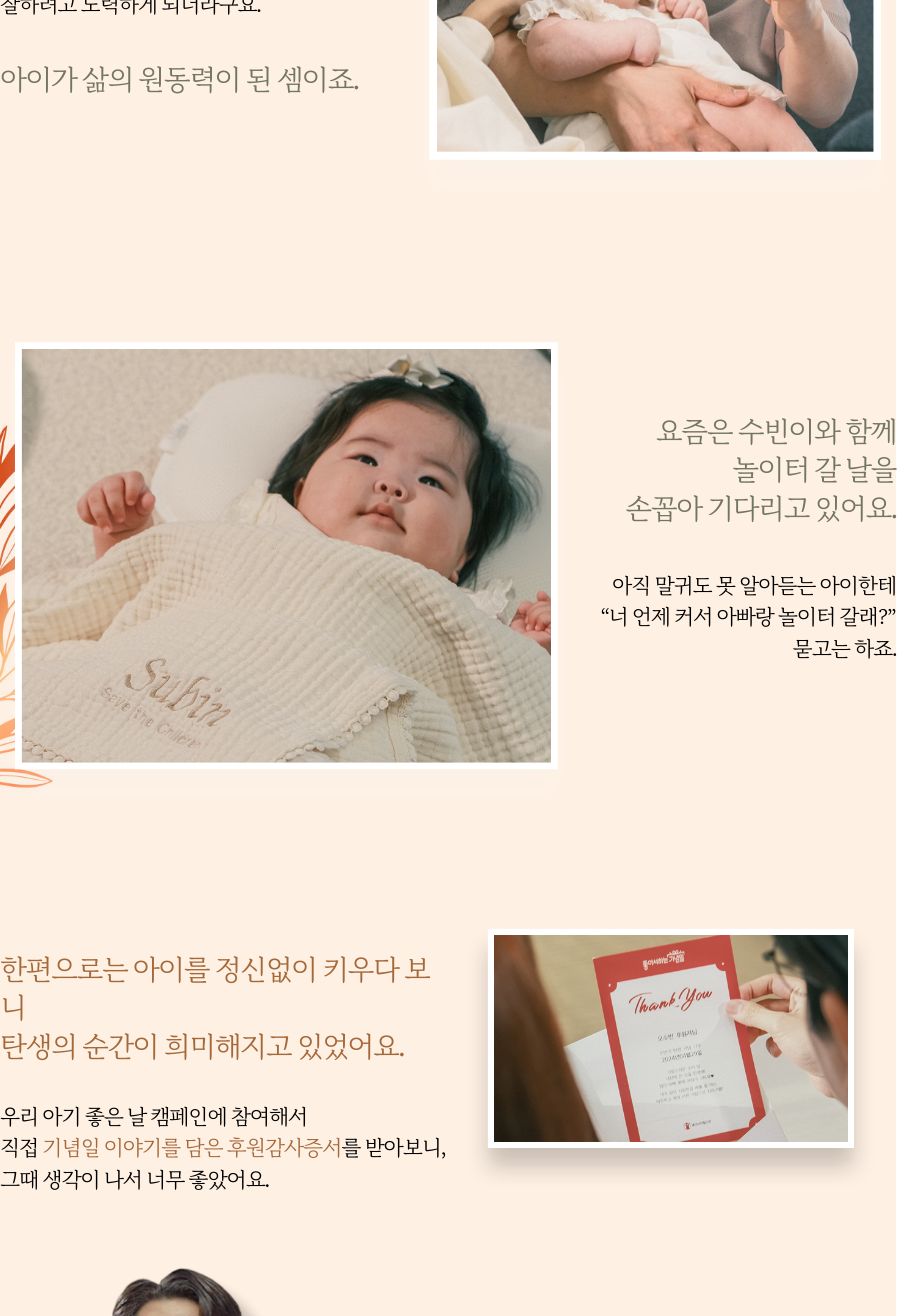
Repository: dlgywls1130/saveTheChildren
Page: index.html
These files come from the project's save history. The page is drawn as it stood at one moment and after the next save; the edit follows.
The browser window is 1280 px wide. The page is 1293 px wide, so the pictures cover 1293 px, including what lies to the right of the window. The pictures show the part of the page from y = 4620 to 6500 px (the page is 10774 px tall before and 10834 px after), at 70% of full size.
Some web fonts or font styles are not loaded; a fallback is used. The style sheet was rebuilt from its Sass, Less or Tailwind sources for each picture, by a compiler version that may differ from the author's.

Above is the page before, as saved 2024-11-01 23:20:14.

### index.html
<!DOCTYPE html>
<html lang="en">
<head>
    <meta charset="UTF-8">
    <meta name="viewport" content="width=device-width, initial-scale=1.0">
    <title>Document</title>

    <link rel="stylesheet" href="./css/common.css">
</head>
<body>

    <!-- main -->
    <section class="main_container">
        <div class="container">
            <div class="logo_title mb-60">
                <img src="./images/logo.png" alt="logo">
                <p>우리 아기 좋은 날 기부</p>
            </div>

            <p class="sub_title mb-30">
                의사 오진승, 아나운서 김도연 가족과 함께하는
            </p>

            <h2 class="mb-50">우리 아기<br>좋은 날 일기</h2>

            <p class="sub_span_text mb-40">
                여러분은 자녀의 소중한 순간을<br>
                어떻게 기념 하시나요?
            </p>

            <p class="sub_descript mb-60">
                보통 사진을 찍고 영상을 남기는 분들이 많으실 거에요. <br>
                <span>소중한 날을 특별하게 기념하는 방법</span>을<br>
                소개해드릴게요
            </p>

            <a href="#" class="record_btn">
                <img src="/images/pencle.png" alt="pencle">
                <p>우리 아기 좋은 날 기록하기</p>
            </a>
        </div>
    </section>

    <!-- 스토리섹션 -->

    <section class="story_section">
        <div class="container py-150">

            <!-- 영상 -->
            <div class="video_container mb-150">
                <video></video>
            </div>

            <div class="story_01">
                <p class="s01 mb-70">
                    “유튜브 <닥터프렌즈>를 운영하는 정신과 전문의 오진승,
                    <br>KBS 전 아나운서, 현 프리랜서 방송인 김도연입니다.
                </p>

                <p class="s01_1 mb-70">
                    세이브더칠드런과는 자립지원아동들과 미혼모가정을 위해
                    <br>기부하며 인연을 이어오고 있습니다.
                </p>

                <p class="s01_2 mb-70">
                    지난 4월, 첫 딸 수빈이가 저희에게 찾아와 주었어요.”
                </p>

                <img src="/images/s1_1.png" alt="story">
            </div>


            <div class="story_02 mb-150">
                <div class="story_02_01">
                    <div class="story_image">
                        <img src="/images/s2_1.png" alt="stroy">
                    </div>
                    <div class="story_text-contain py-150">
                        <p class="story_text_01 mb-50">
                            아이가 태어나고 많은 것이 바뀌었습니다.
                        </p>
                        <p class="story_text_02 mb-50">
                            사실 저는 아이를 좋아하는 편은 아니었어요.
                            <br>하지만 낳고 처음 마주하는 순간, 생각했어요.
                        </p>
                        <p class="story_text_03 mb-50">
                            ‘천년의 사랑이 시작되었다.’
                        </p>

                        <p class="story_text_04">
                            지금은 힘들어도 아이 얼굴만 보면 웃음이 나와요.
                        </p>
                    </div>


                </div>
            </div>

            <div class="story_03 mb-200">
                <div class="story_03_01">
                    <div class="story_text-contain py-150">
                        <p class="story_text_01 mb-100">
                            자신의 자녀를 볼 때 나오는
                            <br>도파민의 양이
                            <br>마음에 드는 이성을 보았을 때
                            <br>나오는 도파민 양의 10배나 된대요.
                        </p>
                        <p class="story_text_02 mb-60">
                            저는 현재에 안주하며 사는 편이었는데,
                            <br>딸이 태어난 후부터 삶에 대해 더 고민하며
                            <br>잘하려고 노력하게 되더라구요.
                        </p>
                        <p class="story_text_03">
                            아이가 삶의 원동력이 된 셈이죠.
                        </p>

                    </div>

                    <div class="story_image">
                        <img src="/images/s3_1.png" alt="stroy">
                    </div>



                </div>
            </div>

            <div class="story_04">
                <div class="story04_01 mb-150">

                    <div class="story_image">
                        <img src="/images/s4_1.png" alt="stroy">
                    </div>

                    <div class="story_text-contain py-100">
                        <p class="story_text_01 mb-60">
                            요즘은 수빈이와 함께
                            <br>놀이터 갈 날을
                            <br>손꼽아 기다리고 있어요.
                        </p>
                        <p class="story_text_02">
                            아직 말귀도 못 알아듣는 아이한테
                            <br>“너 언제 커서 아빠랑 놀이터 갈래?”
                            <br>묻고는 하죠.
                        </p>

                    </div>

                </div>

                <div class="story04_02 mb-200">

                    <div class="story_text-contain pt-30">
                        <p class="story_text_01 mb-50">
                            한편으로는 아이를 정신없이 키우다 보니
                            <br>탄생의 순간이 희미해지고 있었어요.
                        </p>
                        <p class="story_text_02">
                            우리 아기 좋은 날 캠페인에 참여해서
                            <br>직접 <span>기념일 이야기를 담은 후원감사증서</span>를 받아보니,
                            <br>그때 생각이 나서 너무 좋았어요.
                        </p>

                    </div>

                    <div class="story_image">
                        <img src="/images/s4_2.png" alt="stroy">
                    </div>

                </div>
            </div>

            <div class="story_05">
                <div class="story_05_01 pt-150 px-60 mb-150">
                    <div class="img_story">
                        <img src="/images/s5_1.png">
                    </div>
                    <div class="story_text">
                        “아이가 건강하게 발달단계를 해내는
                        <br>소중한 순간에 기부를 하면
                        <br>수빈이가 더 건강하고,행복하게
                        <br>자라게 되지 않을까요?
                        <br>
                        <br>소중한 순간마다 기부하고
                        <br>앨범처럼 남겨서 보여주면
                        <br>자랑스러운 부모가 될 것 같아요”
                    </div>
                </div>

                <div class="story_05_02 px-60">

                    <div class="story_text">
                        “저는 칭찬 받거나 스스로에게 자부심을
                        <br>느낀 순간은 오래 기억된다고 생각해요.
                        <br>
                        <br>내 아이에게 ‘네가 첫 양치질을 잘 해낸
                        <br>기념으로  다른 친구를 도왔어.’ 라고
                        <br>말해준다면 그 뿌듯함을 밑거름으로
                        <br>자기 자신과 다른 사람 모두 사랑할 수 있는
                        <br>아이로 성장하지 않을까요?”
                    </div>

                    <div class="img_story">
                        <img src="/images/s5_2.png">
                    </div>

                </div>


                <div class="middle_cotain">
                    <p>첫 걸음마, 첫돌, 처음 엄마 아빠를 부른 날, 처음 비를 맞아본 날,
                    처음 놀이터에 간 날, 그 소중한 순간을 기부로 기록해 보세요.</p>

                    <p>후원해주신 모든 분들께 직접 작성한 기념일 이야기가 담긴 <span>후원감사증서</span>를 드리며,
                    30만원 이상 후원해 주신 분들께는 이름을 수놓은 <span>순면거즈블랭킷</span>을 증정하고 있습니다. </p>

                    <div class="middle_image">
                        <div class="middel_left">
                            <img src="/images/s6_1.png">
                        </div>
                        <div class="middel_right">
                            <img src="/images/s6_2.png">
                        </div>

                        <img src="" class="float_image">
                    </div>


                    <a href="#" class="record_btn">
                        <img src="/images/pencle.png" alt="pencle">
                        <p>우리 아기 좋은 날 기록하기</p>
                    </a>
                </div>



            </div>

        </div>


    </section>

    <!-- 후원신청 과정 -->

    <section class="sponsor_section">
        <div class="container">

            <div class="sponsor-container">
                <h2>후원신청 과정</h2>

                <div class="sponsor_list">
                    <div class="sponsor_list_inner">
                        <div class="list-inner-img">
                            <img src="">
                        </div>
                        <p>후원신청하기</p>

                    </div>
                    <span class="arrow-img"><img src=""></span>
                    <div class="sponsor_list_inner">
                        <div class="list-inner-img">
                            <img src="">
                        </div>
                        <p>후원감사증서<br>메시지 적기</p>

                    </div>
                    <span class="arrow-img"><img src=""></span>
                    <div class="sponsor_list_inner">
                        <div class="list-inner-img">
                            <img src="">
                        </div>
                        <p>신청완료</p>

                    </div>
                    <span class="arrow-img"><img src=""></span>
                    <div class="sponsor_list_inner">
                        <div class="list-inner-img">
                            <img src="">
                        </div>
                        <p>후원감사증서 발송<br>(1주일이내)</p>

                    </div>
                </div>

                <p class="info-span">30만원 이상 후원자 분들께는 순면거즈블랭킷 제작을 위한 문자가 별도 발송됩니다. (후원 2-3일 이내)</p>
            </div>


            <div class="sponsor-inner">
                <h2>후원금, 이렇게 쓰여요!</h2>

                <p>
                    세이브더칠드런은 국내외 아동을 대상으로
                    생계지원, 의료지원,  영유아용품지원, 재해재난 상황에서의
                    긴급구호 등의 활동을 진행하고 있습니다.

                    보내주신 후원금은 정치, 종교, 인종에 관계없이
                    모든 아이들을 구해야 한다는  세이브더칠드런의 신념에 따라
                    가장 도움 필요한 아이를 위해 우선 사용됩니다.

                </p>

                <img src="/images/baby.png">
            </div>
        </div>

    </section>

    <!-- faq -->
    <section class="faq_section">
        <div class="container">
            <h2>FAQ</h2>

            <ul class="faq_list">
                <li>
                    <div class="faq_question">
                        <img src="/images/leaves.png">
                        <p>30만원 이상 후원했습니다. 거즈 순면 블랭킷은 언제 오나요?</p>
                    </div>
                    <div class="faq_answer">
                        우리 아기 좋은 날 기부로 30만원 이상 후원자님들께는 담요에 수놓을 아기 이름과 선물 수령 주소
                        확인을 위한 문자가 발송됩니다. 02-6900-4479로 발송되는 문자 속 설문조사에 답해주세요.
                        확인을 완료하신 분들께는 블랭킷 제작을 담당하고 있는 조니 스튜디오에서 아기 이름 자수
                        작업 완료 후 배송해 드립니다.

                    </div>
                </li>
                <li>
                    <div class="faq_question">
                        <img src="/images/leaves.png">
                        <p>순면 거즈 블랭킷, 안전한 제품인가요? </p>
                    </div>
                    <div class="faq_answer">
                        본 블랭킷은 워싱된 3중 거즈로 제작되었으며, KC안전검사를 완료하였습니다.
                        소재 특성상 섬유 조각이 발생할 수 있어 망에 넣지 않고 3번 정도 물빨래 하시는 것을 권장합니다.

                    </div>
                </li>
                <li>
                    <div class="faq_question">
                        <img src="/images/leaves.png">
                        <p>순면 거즈 블랭킷을 받았는 데 하자가 있어요. 어떻게 해야 하나요? </p>
                    </div>
                    <div class="faq_answer">
                        물품에 동봉된 조니스튜디오 연락처로 연락 부탁드립니다. 하자 물품에 대한 교환은 수령일로부터
                        7일 이내에 조니스튜디오에 연락해주셔야 하며, 이로 인한 후원금 환불은 어렵습니다.

                    </div>
                </li>
                <li>
                    <div class="faq_question">
                        <img src="/images/leaves.png">
                        <p>후원감사증서에 넣을 수 있는 사진 사이즈는 얼마인가요?</p>
                    </div>
                    <div class="faq_answer">
                        사진 인화 사이즈 5*7 인치에 맞추어서 제작되었습니다.  그보다 작은 사진일 경우,
                        후원감사증서  내부의 주머니에 넣어 보관하실 수도  있습니다.

                    </div>
                </li>
            </ul>
        </div>
    </section>
</body>
</html>

Loaded but not shown: css/common.scss (691 lines, source omitted)

After the next save:
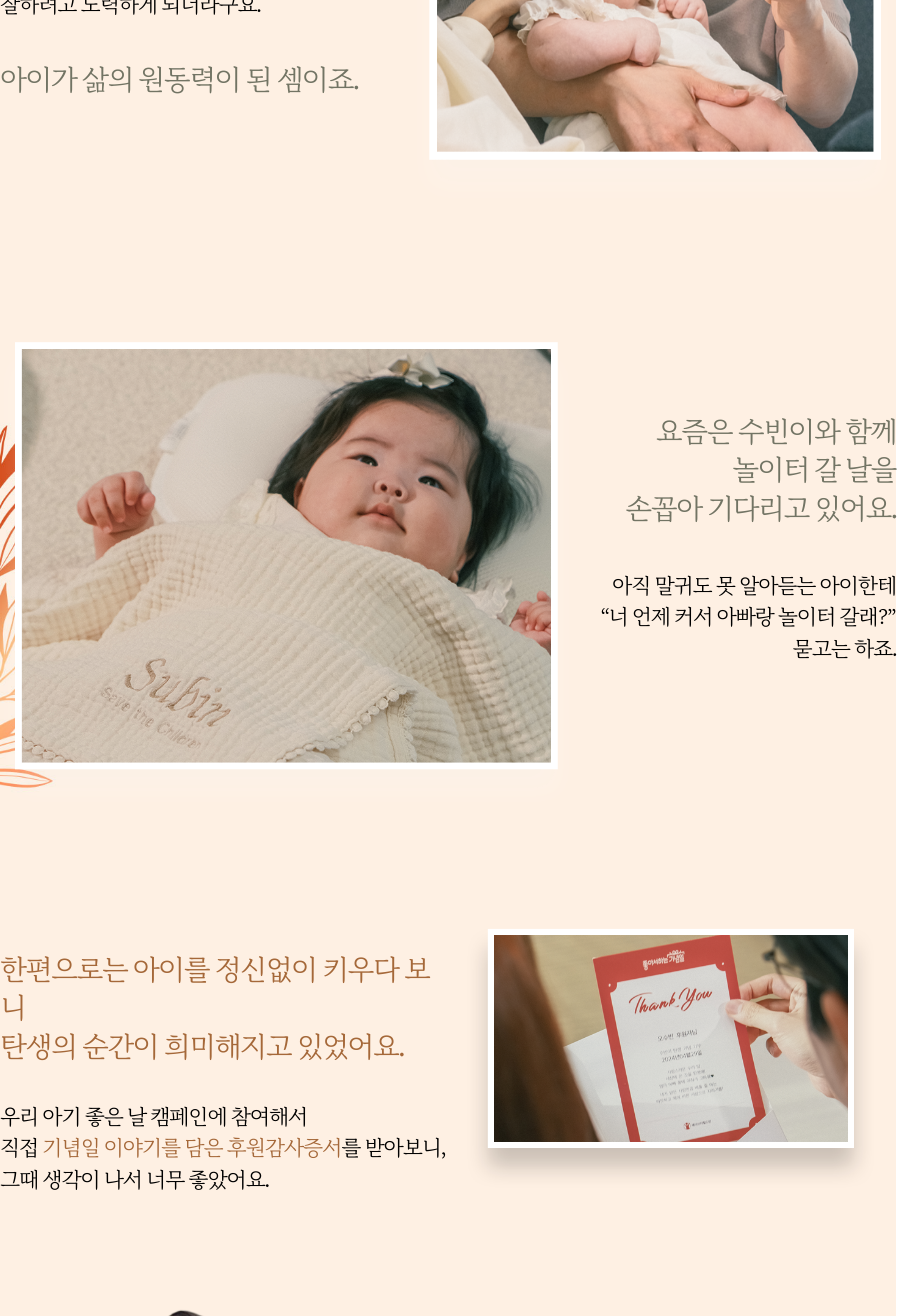
Saved 12 s later.
--- a/index.html
+++ b/index.html
@@ -171,7 +171,7 @@
             </div>
 
             <div class="story_05">
-                <div class="story_05_01 pt-150 px-60 mb-150">
+                <div class="story_05_01 pt-150 pb-60 px-60 mb-150">
                     <div class="img_story">
                         <img src="/images/s5_1.png">
                     </div>
